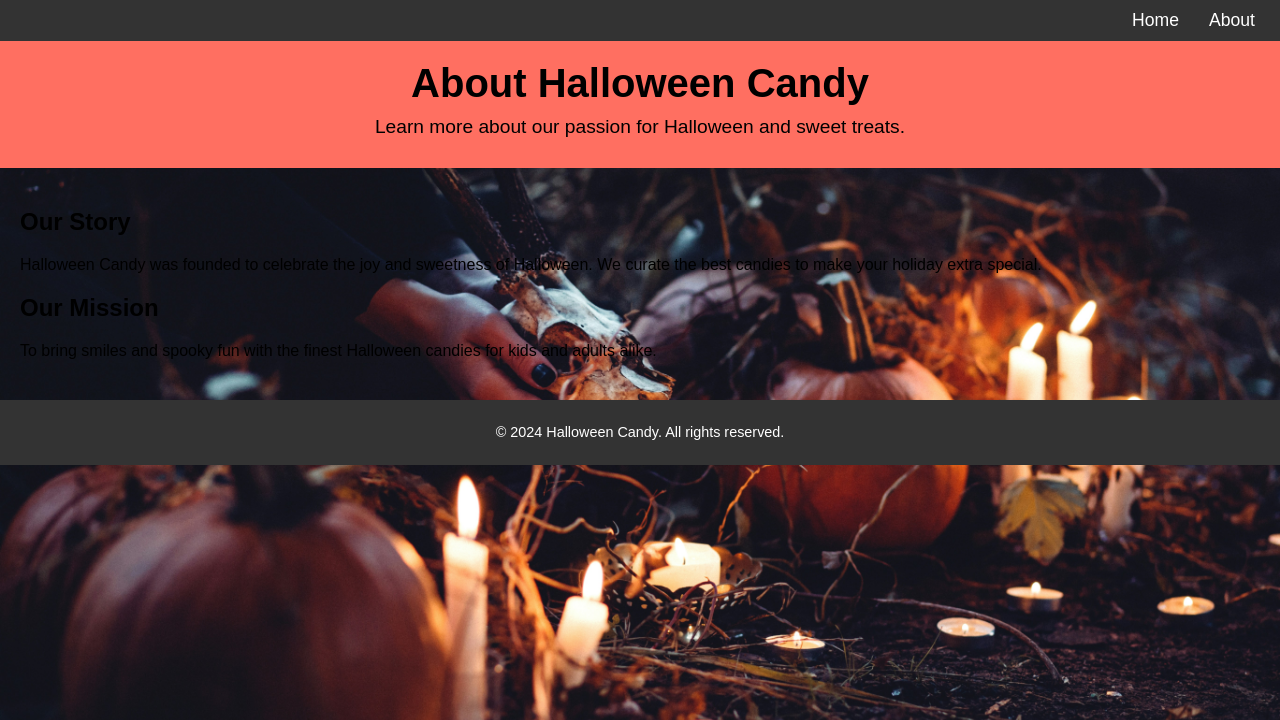
Repository: monicaifijeh/test2
Page: kyportfolio/src/aboutHallo.html
The author's editor kept a copy of each file at every save. The page is drawn from the files as they stood at one save, then again after the next save.
The browser window is 1280 px wide. The pictures show the whole page.

Above is the page before, as saved 2024-12-20 01:35:29.

### kyportfolio/src/aboutHallo.html
<!DOCTYPE html>
<html lang="en">
  <head>
    <meta charset="UTF-8" />
    <meta name="viewport" content="width=device-width, initial-scale=1.0" />
    <title>About - Halloween Candy</title>
    <link rel="stylesheet" href="kystyle.css" />
  </head>
  <body>
    <nav>
      <ul>
        <li><a href="indexHallo.html">Home</a></li>
        <li><a href="aboutHallo.html">About</a></li>
      </ul>
    </nav>
    <header>
      <h1>About Halloween Candy</h1>
      <p>Learn more about our passion for Halloween and sweet treats.</p>
    </header>
    <main>
      <section>
        <h2>Our Story</h2>
        <p>
          Halloween Candy was founded to celebrate the joy and sweetness of
          Halloween. We curate the best candies to make your holiday extra
          special.
        </p>
      </section>
      <section>
        <h2>Our Mission</h2>
        <p>
          To bring smiles and spooky fun with the finest Halloween candies for
          kids and adults alike.
        </p>
      </section>
    </main>
    <footer>
      <p>&copy; 2024 Halloween Candy. All rights reserved.</p>
    </footer>
  </body>
</html>

### kyportfolio/src/kystyle.css
body {
    font-family: Arial, sans-serif;
    margin: 0;
    padding: 0;
background-image: url("/kyportfolio/images/freestocks-twVS-YjQn9Y-unsplash.jpg");
background-repeat: no-repeat;
background-size: cover;
}

header {
    text-align: center;
    padding: 20px;
    background-color: #ff6f61;
}

header h1 {
    margin: 0;
    font-size: 2.5rem;
}

header p {
    margin: 10px 0;
    font-size: 1.2rem;
}

nav ul {
    display: flex;
    justify-content: right;
    list-style: none;
    padding: 10px;
    background-color: #333;
    margin: 0;
}

nav ul li {
    margin: 0 15px;
}

nav ul li a {
    text-decoration: none;
    color: #fff;
    font-size: 1.1rem;
}

nav ul li a:hover {
    text-decoration: underline;
}

main {
    padding: 20px;
}

section {
    margin-bottom: 20px;
}

footer {
    text-align: center;
    padding: 10px;
    background-color: #333;
    color: #fff;
    font-size: 0.9rem;
}

After the next save:
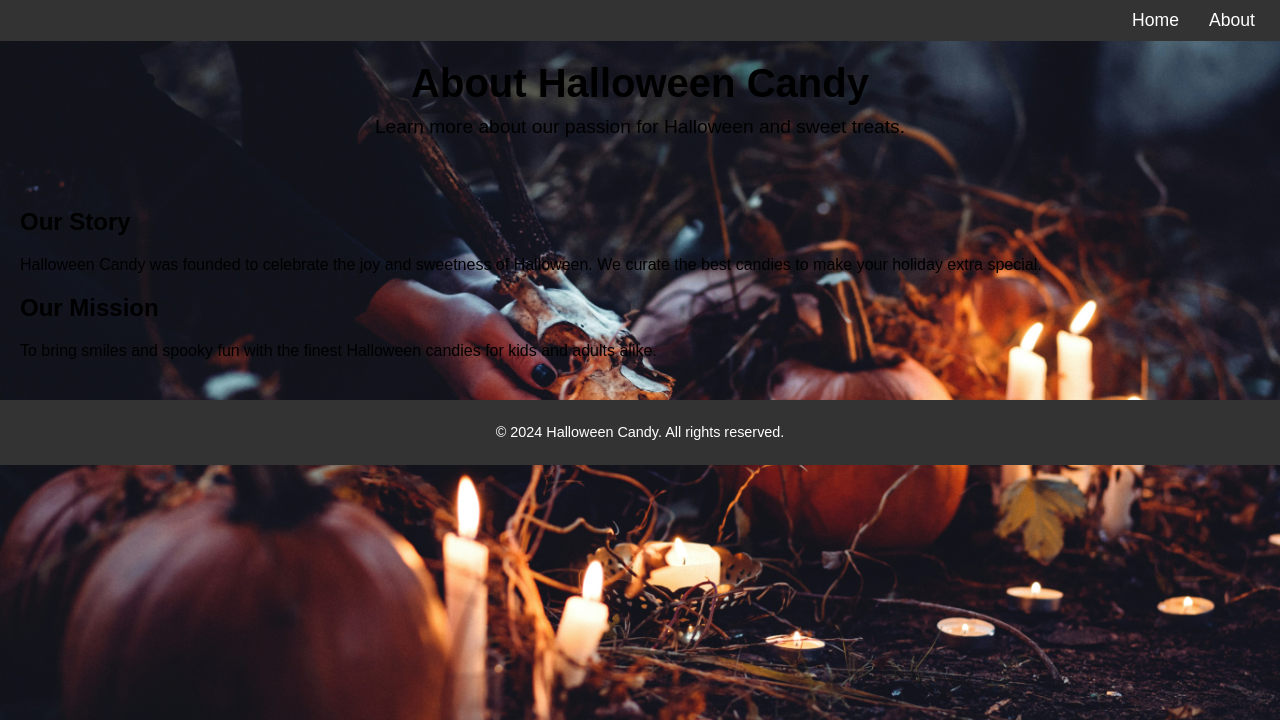
Saved 74 s later.
--- a/kyportfolio/src/kystyle.css
+++ b/kyportfolio/src/kystyle.css
@@ -10,7 +10,7 @@ background-size: cover;
 header {
     text-align: center;
     padding: 20px;
-    background-color: #ff6f61;
+
 }
 
 header h1 {
